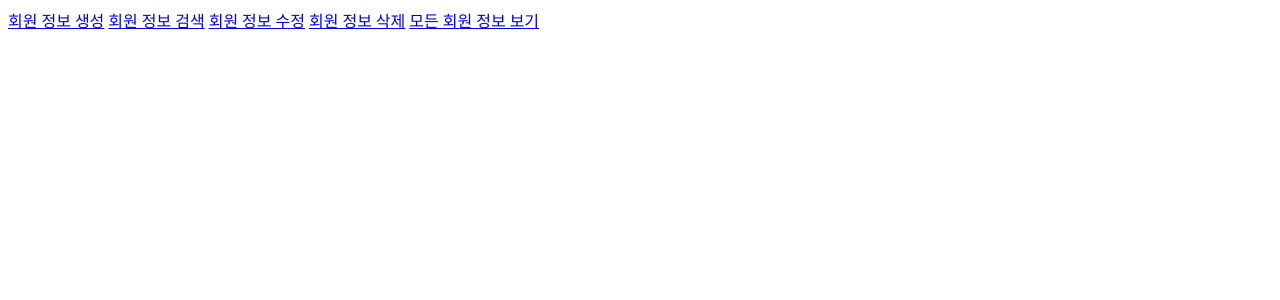
Repository: daelong/ServletJsp
Page: http://localhost/dev/
An editor plug-in stored every save of this project. The page is shown before and after the next save, followed by the edit.
The browser window is 1280 px wide. The pictures show the whole page.
The page is served by Tomcat 9. Other server files are loaded and not shown.

Above is the page before, as saved 2019-03-26 11:38:16.

### dev/WebContent/index.jsp
<%@ page language="java" contentType="text/html; charset=UTF-8"%>
<html>
<head>
<title>회원 정보 관리</title>
</head>
<body>
<a href="/dev/memberInsert.jsp">
회원 정보 생성</a>
<a href="/dev/memberSearch.jsp">
회원 정보 검색</a>
<a href="/dev/memberUpdate.jsp">
회원 정보 수정</a>
<a href="/dev/memberDelete.jsp">
회원 정보 삭제</a>
<a href="/dev/memberList.jsp">
모든 회원 정보 보기</a>
</body>
</html>

After the next save:
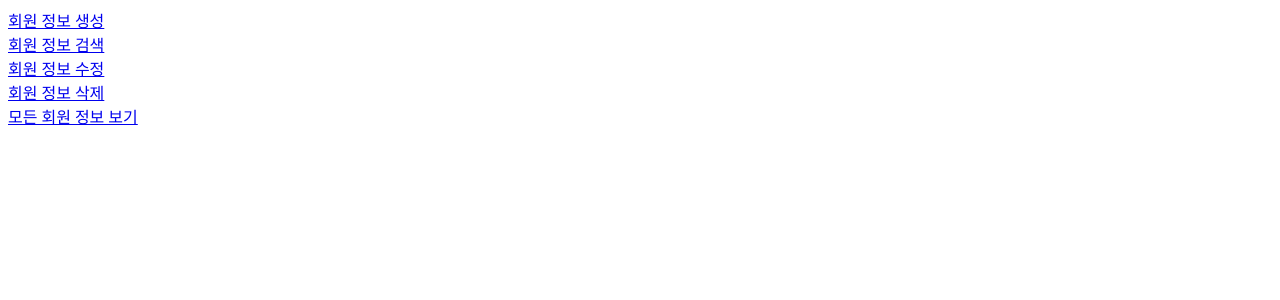
Saved 21 s later.
--- a/dev/WebContent/index.jsp
+++ b/dev/WebContent/index.jsp
@@ -5,14 +5,14 @@
 </head>
 <body>
 <a href="/dev/memberInsert.jsp">
-회원 정보 생성</a>
+회원 정보 생성</a><br>
 <a href="/dev/memberSearch.jsp">
-회원 정보 검색</a>
+회원 정보 검색</a><br>
 <a href="/dev/memberUpdate.jsp">
-회원 정보 수정</a>
+회원 정보 수정</a><br>
 <a href="/dev/memberDelete.jsp">
-회원 정보 삭제</a>
+회원 정보 삭제</a><br>
 <a href="/dev/memberList.jsp">
-모든 회원 정보 보기</a>
+모든 회원 정보 보기</a><br>
 </body>
 </html>
